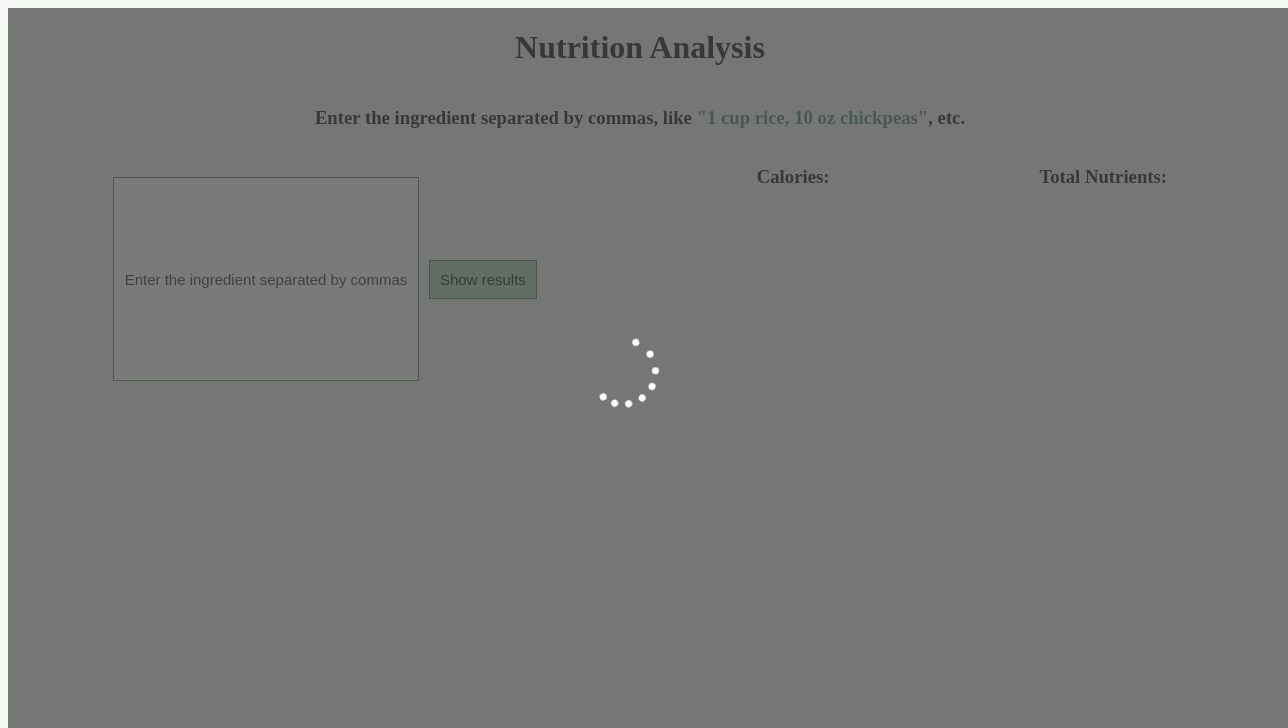
Repository: asya-aisa/nutrition-app
Page: /
The author's editor kept a copy of each file at every save. The page is drawn from the files as they stood at one save, then again after a run of saves.
The browser window is 1280 px wide. The page is 1288 px wide, so the pictures cover 1288 px, including what lies to the right of the window. The pictures show the whole page.
The page's requests for data from a server got no answer. The project was rebuilt for these pictures with package versions that can differ from the ones it lists, and the page was loaded fresh each time. No one was signed in, and anything a server would have sent is missing. Also part of the build but not shown: src/MyComponent.js.

Above is the page before, as saved 2023-09-25 21:03:17.

After the next 4 saves:
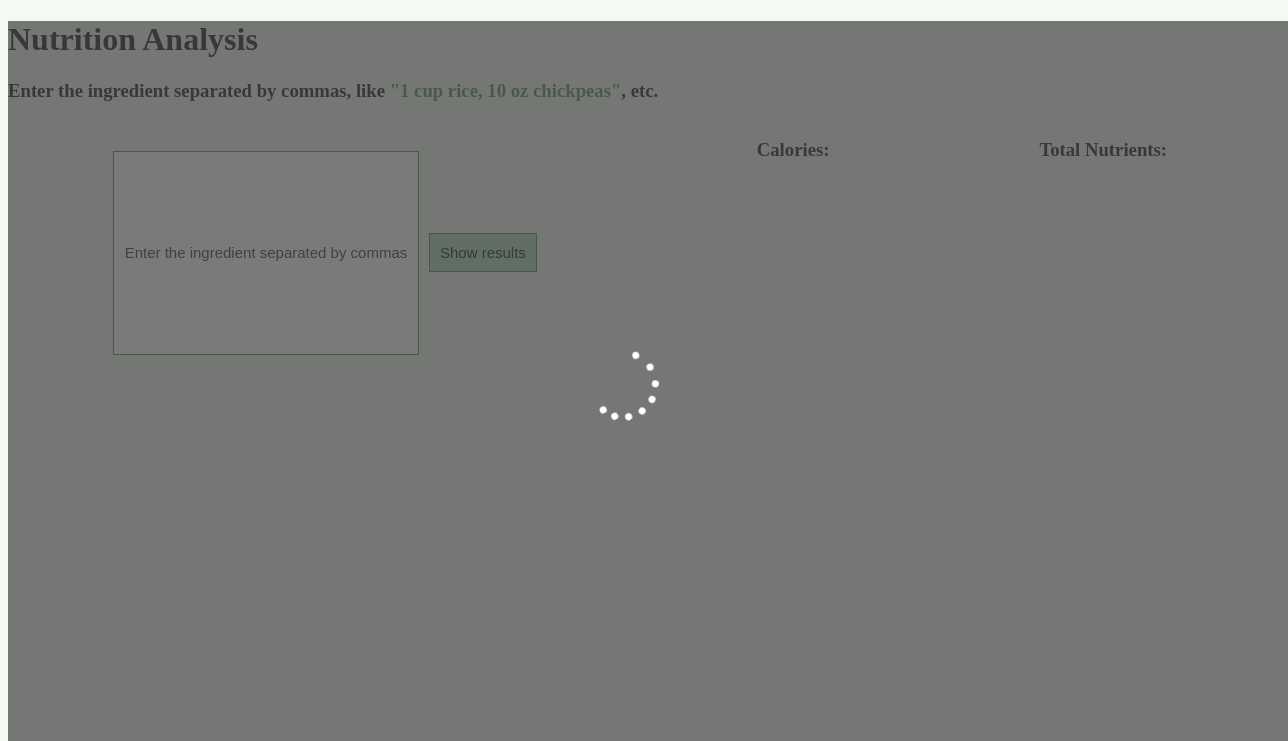
The 4 saves are shown as one change because they came seconds apart.
The last was saved 21 s later.
--- a/src/App.css
+++ b/src/App.css
@@ -20,6 +20,7 @@
   border: #8AAE92 1px solid;
   color: #616161;
 }
+input:outli
 .cont {
   display: flex;
   justify-content: center;

After the 2 saves that followed:
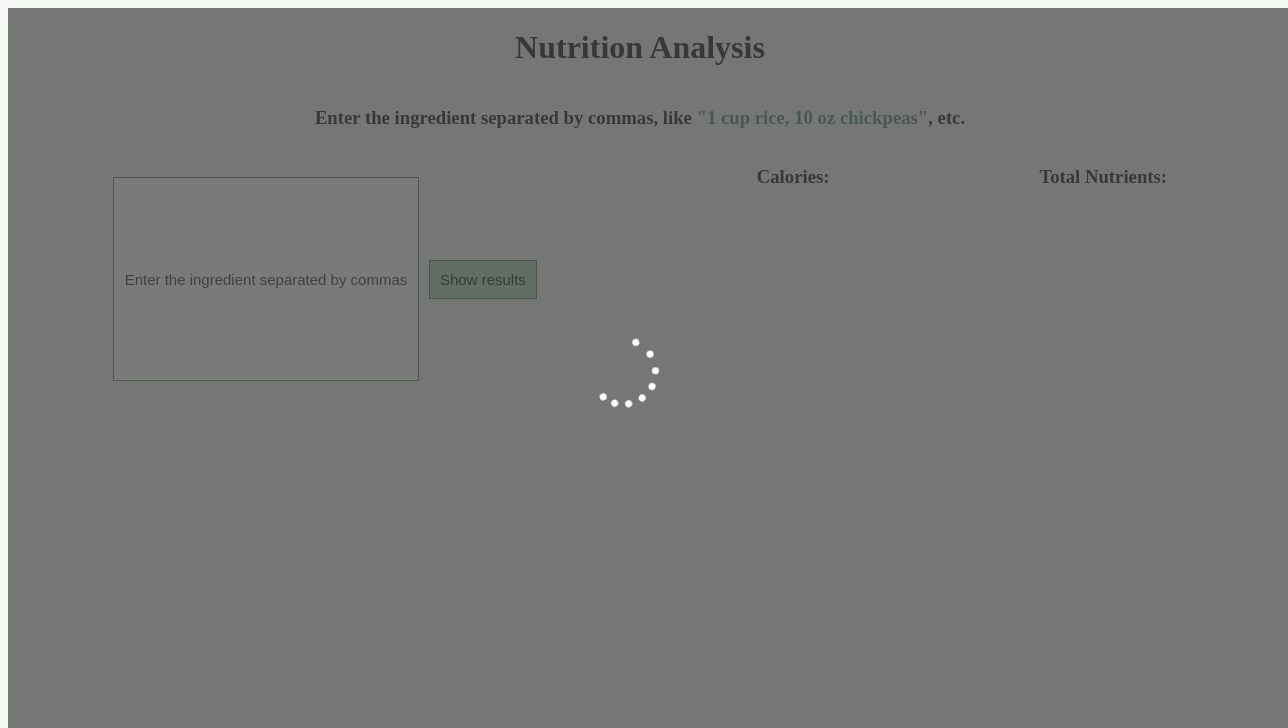
The 2 saves are shown as one change because 1 left the picture as it was.
The last was saved 66 s later.
--- a/src/App.css
+++ b/src/App.css
@@ -20,7 +20,9 @@
   border: #8AAE92 1px solid;
   color: #616161;
 }
-input:outli
+input:focus {
+  outline: ;
+}
 .cont {
   display: flex;
   justify-content: center;
